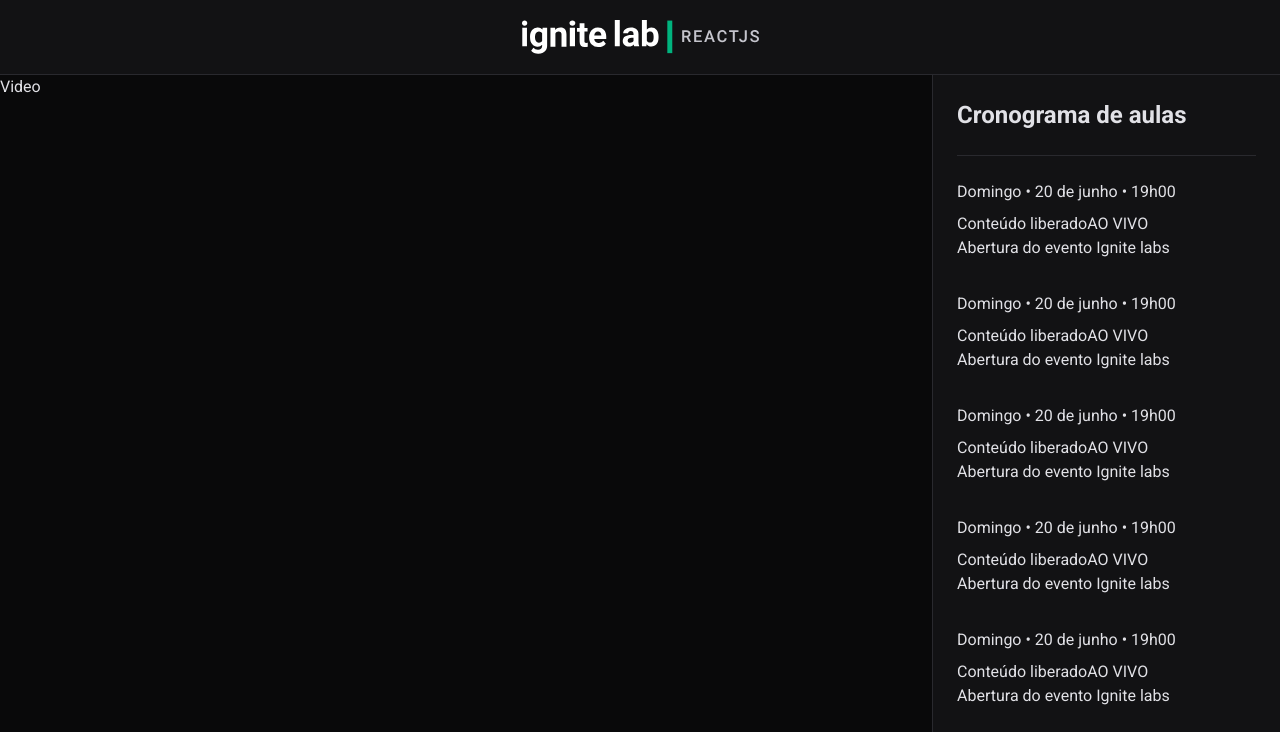
Repository: XFERRER7/Ignite-lab
Page: /
An editor plug-in stored every save of this project. The page is shown before and after the next save, followed by the edit.
The browser window is 1280 px wide. The pictures show the whole page.
The project was rebuilt for these pictures with package versions that can differ from the ones it lists, and the page was loaded fresh each time. Also part of the build but not shown: vite.config.ts.

Above is the page before, as saved 2022-06-23 07:19:19.

### index.html
<!DOCTYPE html>
<html>
  <head>
    <meta charset="UTF-8" />
    <link rel="icon" type="image/svg+xml" href="/src/favicon.svg" />
    <meta name="viewport" content="width=device-width, initial-scale=1.0" />
    <title>Event Platform</title>
    <link rel="preconnect" href="https://fonts.googleapis.com">
<link rel="preconnect" href="https://fonts.gstatic.com" crossorigin>
<link href="https://fonts.googleapis.com/css2?family=Roboto:wght@400;500;700&display=swap" rel="stylesheet">
  </head>
  <body>
    <div id="root"></div>
    <script type="module" src="/src/main.tsx"></script>
  </body>
</html>

### src/main.tsx
import { ApolloProvider } from '@apollo/client'
import React from 'react'
import ReactDOM from 'react-dom/client'
import App from './App'
import { client } from './lib/apollo'
import './styles/Global.css'

ReactDOM.createRoot(document.getElementById('root')!).render(
  <React.StrictMode>
    <ApolloProvider client={client}>
    <App />
    </ApolloProvider>
  </React.StrictMode>
)

### src/App.tsx
import { Header } from "./components/Header"
import { Lesson } from "./components/Lesson"
import { SideBar } from "./components/SideBar"
import { Video } from "./components/Video"
import { Event } from "./pages/Event"

function App() {

  return (
    <div>
      <Event/>
    </div>
  )
}

export default App

### src/lib/apollo.ts
import { ApolloClient, InMemoryCache } from "@apollo/client";

export const client = new ApolloClient({
  uri: 'https://api-sa-east-1.graphcms.com/v2/cl4oe0npq21lo01xi4o5e7kb5/master',
  cache: new InMemoryCache()
})

### src/styles/Global.css
@tailwind base;
@tailwind components;
@tailwind utilities;

body {
  @apply text-gray-100 bg-gray-900;
  -webkit-font-smoothing: antialiased;
}

### src/pages/Event.tsx
import React from 'react'
import { Header } from '../components/Header'
import { SideBar } from '../components/SideBar'
import { Video } from '../components/Video'

export const Event = () => {
  return (
    <>
    <div className='flex flex-col min-h-screen'>
      <Header/>
      <main className='flex flex-1'>
      <Video/>
      <SideBar/>
      </main>
    </div>

    </>
  )
}

### src/components/Header.tsx
import React from 'react'
import { Logo } from './Logo'

export const Header = () => {
  return (
    <header className='w-full py-5 flex items-center justify-center bg-gray-700 border-b border-gray-600'>
      <Logo/>
    </header>
  )
}

### src/components/SideBar.tsx
import React from 'react'
import { Lesson } from './Lesson'

export const SideBar = () => {
  return (
    <aside className='w-[348px] bg-gray-700 p-6 border-l border-gray-600'>
      <span className='font-bold text-2xl pb-6 mb-6 border-b border-gray-600 block'>Cronograma de aulas</span>

      <div className='flex flex-col gap-8'>
        <Lesson/>
        <Lesson/>
        <Lesson/>
        <Lesson/>
        <Lesson/>
      </div>
    </aside>
  )
}

### src/components/Video.tsx
import React from 'react'

export const Video = () => {
  return (
    <div className='flex-1'>Video</div>
  )
}

### src/components/Logo.tsx
import React from "react";

export function Logo() {
  return (
    <svg
      xmlns="http://www.w3.org/2000/svg"
      width="237"
      height="34"
      fill="none"
      viewBox="0 0 237 34"
    >
      <path
        fill="#fff"
        d="M.002 3.112a2.49 2.49 0 01.165-.987c.12-.314.304-.595.535-.83A2.906 2.906 0 012.615.572c.698 0 1.374.257 1.912.723.23.24.412.524.536.837a2.701 2.701 0 010 1.979 2.568 2.568 0 01-.536.837 2.889 2.889 0 01-1.907.723 2.901 2.901 0 01-1.908-.723 2.458 2.458 0 01-.538-.84 2.645 2.645 0 01-.172-.996zm4.96 23.146H.273V7.862h4.689v18.397zM8.012 16.973c0-2.853.686-5.145 2.055-6.883a6.653 6.653 0 015.528-2.606 5.869 5.869 0 014.802 2.09l.2-1.751h4.538v17.95a7.891 7.891 0 01-1.12 4.246 7.243 7.243 0 01-3.147 2.752 11.155 11.155 0 01-4.742.94c-1.378 0-2.74-.279-4.008-.812a7.08 7.08 0 01-2.946-2.11l2.208-3.02a5.905 5.905 0 004.543 2.08 4.356 4.356 0 003.104-1.059 3.938 3.938 0 001.103-2.993v-.994a5.775 5.775 0 01-4.555 1.935 6.647 6.647 0 01-3.05-.652 6.615 6.615 0 01-2.408-1.967c-1.397-1.752-2.085-4.089-2.085-6.942v-.21h-.025l.005.006zm4.997.355a6.723 6.723 0 001.026 3.956 3.233 3.233 0 002.799 1.443c.651.045 1.3-.088 1.878-.39a3.52 3.52 0 001.396-1.305v-7.825a3.448 3.448 0 00-1.374-1.305 3.504 3.504 0 00-1.86-.39 3.28 3.28 0 00-1.61.365 3.22 3.22 0 00-1.219 1.103c-.688.975-1.036 2.418-1.036 4.348zM33.098 7.833l.158 2.196a6.527 6.527 0 012.371-1.927 6.38 6.38 0 012.971-.62c1.97 0 3.438.597 4.39 1.79.953 1.194 1.456 2.936 1.486 5.293v12.249h-4.962V14.683a3.367 3.367 0 00-.684-2.344 3.086 3.086 0 00-1.069-.598 3.008 3.008 0 00-1.211-.13 3.349 3.349 0 00-1.821.454c-.553.32-1.01.794-1.313 1.367v13.37H28.45V7.845l4.647-.012zM47.512 3.112a2.304 2.304 0 01.185-.988 2.42 2.42 0 01.59-.831A3.439 3.439 0 0150.404.57c.772 0 1.52.256 2.117.723.508.486.792 1.142.792 1.826 0 .683-.284 1.34-.792 1.826a3.417 3.417 0 01-2.11.723c-.77 0-1.517-.257-2.11-.723a2.47 2.47 0 01-.594-.839 2.342 2.342 0 01-.19-.994h-.005zm5.483 23.149h-5.18V7.86h5.18v18.4zM62.454 3.334v4.612h3.107v3.677h-3.107v9.382c-.05.53.091 1.063.395 1.495a1.824 1.824 0 001.473.45c.476.002.95-.035 1.421-.114v3.803a9.672 9.672 0 01-2.939.449c-3.398 0-5.128-1.775-5.19-5.32V11.644h-2.642V7.968h2.643V3.356h4.841v-.025l-.002.003zM76.487 27.08a9.277 9.277 0 01-6.759-2.55c-1.74-1.699-2.605-3.957-2.605-6.797v-.494a11.295 11.295 0 011.098-5.08 8.141 8.141 0 013.111-3.465 8.72 8.72 0 014.59-1.22c2.577 0 4.62.815 6.098 2.449 1.478 1.633 2.226 3.94 2.226 6.929v2.055h-12.01a4.665 4.665 0 001.473 2.971 4.487 4.487 0 003.111 1.111 5.426 5.426 0 004.548-2.115l2.476 2.781a7.506 7.506 0 01-3.07 2.507 9.81 9.81 0 01-4.287.916v.002zm-.594-15.514a3.127 3.127 0 00-2.428 1.012 5.405 5.405 0 00-1.188 2.912h7.006v-.405a3.749 3.749 0 00-.908-2.608 3.252 3.252 0 00-2.45-.908h-.03l-.002-.003zM97.771 26.259h-4.957V0h4.957V26.26zM112.209 26.259c-.227-.444-.392-.997-.496-1.659-1.196 1.333-2.751 2.002-4.666 2.002-1.811 0-3.314-.523-4.504-1.572-1.191-1.049-1.786-2.372-1.786-3.966 0-1.96.725-3.464 2.179-4.513 1.453-1.049 3.553-1.58 6.3-1.59h2.273v-1.06c0-.854-.22-1.54-.659-2.051-.44-.513-1.131-.77-2.078-.77-.832 0-1.486.2-1.957.6-.474.4-.708.945-.708 1.64h-4.941c0-1.07.331-2.062.992-2.973.662-.91 1.597-1.626 2.804-2.144 1.206-.518 2.564-.778 4.069-.778 2.28 0 4.089.573 5.429 1.718 1.34 1.145 2.009 2.756 2.009 4.83v8.017c.012 1.754.256 3.082.735 3.983v.29h-4.992l-.003-.004zm-4.086-3.435c.728 0 1.402-.163 2.016-.486.614-.326 1.071-.76 1.367-1.308v-3.181h-1.846c-2.472 0-3.79.854-3.948 2.564l-.017.291c0 .614.217 1.123.649 1.523.434.4 1.026.6 1.779.6v-.003zM136.58 17.183c0 2.963-.632 5.273-1.898 6.931-1.265 1.659-3.032 2.488-5.3 2.488-2.006 0-3.608-.77-4.805-2.308l-.222 1.967h-4.444V.001h4.94v9.418c1.14-1.332 2.638-2 4.496-2 2.256 0 4.025.828 5.308 2.487 1.283 1.658 1.923 3.992 1.923 7v.274l.002.003zm-4.94-.358c0-1.868-.296-3.233-.889-4.094-.592-.861-1.475-1.29-2.65-1.29-1.572 0-2.655.643-3.247 1.932v7.299c.604 1.298 1.697 1.95 3.282 1.95 1.584 0 2.643-.788 3.146-2.36.239-.752.358-1.897.358-3.437z"
      ></path>
      <path
        fill="#C4C4CC"
        d="M164.51 17.501h-2.283v4.53h-2.048v-11.78h4.143c1.36 0 2.408.306 3.149.915.74.61 1.108 1.493 1.108 2.648 0 .787-.19 1.449-.57 1.98-.38.532-.911.94-1.59 1.226l2.646 4.906v.106h-2.194l-2.364-4.531h.003zm-2.283-1.65h2.105c.691 0 1.229-.176 1.619-.524.39-.348.582-.824.582-1.429 0-.604-.18-1.12-.538-1.466-.358-.345-.893-.523-1.606-.533h-2.162V15.85zM179.066 16.773h-4.839v3.625h5.656v1.634h-7.704V10.25h7.648v1.65h-5.6v3.253h4.839v1.62zM189.803 19.29h-4.565l-.955 2.744h-2.127l4.452-11.783h1.836l4.459 11.783h-2.137l-.963-2.744zm-3.99-1.65h3.415l-1.707-4.89-1.708 4.89zM204.716 18.197c-.119 1.256-.583 2.238-1.392 2.941-.81.703-1.885 1.056-3.228 1.056-.938 0-1.764-.222-2.48-.668-.715-.445-1.266-1.079-1.656-1.898-.387-.82-.589-1.772-.607-2.858v-1.1c0-1.11.198-2.09.59-2.937.392-.846.96-1.5 1.695-1.96.736-.458 1.587-.688 2.554-.688 1.301 0 2.347.353 3.139 1.057.792.703 1.254 1.7 1.385 2.99h-2.039c-.096-.846-.343-1.458-.74-1.833-.397-.375-.977-.563-1.745-.563-.89 0-1.574.326-2.05.977-.479.652-.721 1.605-.733 2.863v1.044c0 1.273.227 2.245.683 2.917.457.668 1.123 1.004 2.004 1.004.805 0 1.409-.18 1.814-.543.405-.363.661-.962.77-1.804h2.038l-.002.003zM216.481 11.902h-3.674v10.132h-2.031V11.902h-3.642V10.25h9.347v1.65zM222.759 10.251h2.039v8.262c0 1.127-.353 2.023-1.057 2.687-.703.664-1.633.995-2.788.995-1.229 0-2.179-.311-2.848-.93-.669-.62-1.004-1.484-1.004-2.59h2.038c0 .627.156 1.096.467 1.412.31.316.76.474 1.347.474.55 0 .989-.183 1.315-.545.326-.366.489-.867.489-1.51V10.25h.002zM234.952 18.999c0-.518-.183-.918-.545-1.197-.363-.279-1.022-.563-1.972-.849-.95-.286-1.705-.604-2.265-.955-1.074-.674-1.612-1.555-1.612-2.638 0-.95.388-1.732 1.163-2.347.774-.614 1.779-.922 3.015-.922.819 0 1.55.15 2.194.454a3.597 3.597 0 011.513 1.29c.367.558.55 1.177.55 1.858h-2.038c0-.614-.193-1.095-.578-1.443-.385-.348-.938-.524-1.656-.524-.668 0-1.189.144-1.557.43-.37.286-.555.686-.555 1.197 0 .432.2.792.6 1.08.399.29 1.056.57 1.974.842.918.271 1.653.582 2.208.93.556.348.963.748 1.222 1.197.259.452.387.977.387 1.582 0 .982-.375 1.762-1.127 2.342-.753.58-1.775.87-3.063.87a5.755 5.755 0 01-2.352-.473c-.715-.316-1.27-.75-1.668-1.308-.397-.555-.594-1.204-.594-1.942h2.048c0 .669.222 1.187.664 1.555.441.367 1.075.55 1.902.55.713 0 1.246-.143 1.607-.432.357-.288.538-.671.538-1.145l-.003-.002z"
      ></path>
      <path fill="#00B37E" d="M150.271 33.146h-4.958V.57h4.958v32.576z"></path>
    </svg>
  );
}

### src/components/Lesson.tsx
import React from 'react'

export const Lesson = () => {
  return (
    <a href='#' className='flex flex-col gap-2'>

      <span className=''>
        Domingo • 20 de junho • 19h00
      </span>

      <div>
        <header>
          <span>
            Conteúdo liberado
          </span>

          <span>
            AO VIVO
          </span>

        </header>

        <span>
          Abertura do evento Ignite labs
        </span>

      </div>
    </a>
  )
}

### tailwind.config.js
/** @type {import('tailwindcss').Config} */
module.exports = {
  content: [
    './src/**/*.tsx'
  ],
  theme: {
    extend: {
      fontFamily: {
        sans: 'Roboto, sans-serif'
      },
      colors: {
        green: {
          300: '#00B37E',
          500: '#00875F',
          700: '#015F43',
        },
        blue: {
          500: '#81D8F7',
        },
        orange: {
          500: '#FBA94C',
        },
        red: {
          500: '#F75A68',
        },
        gray: {
          100: '#E1E1E6',
          200: '#C4C4CC',
          300: '#8D8D99',
          500: '#323238',
          600: '#29292E',
          700: '#121214',
          900: '#09090A'
        }
      }
    },
  },
  plugins: [],
}

After the next save:
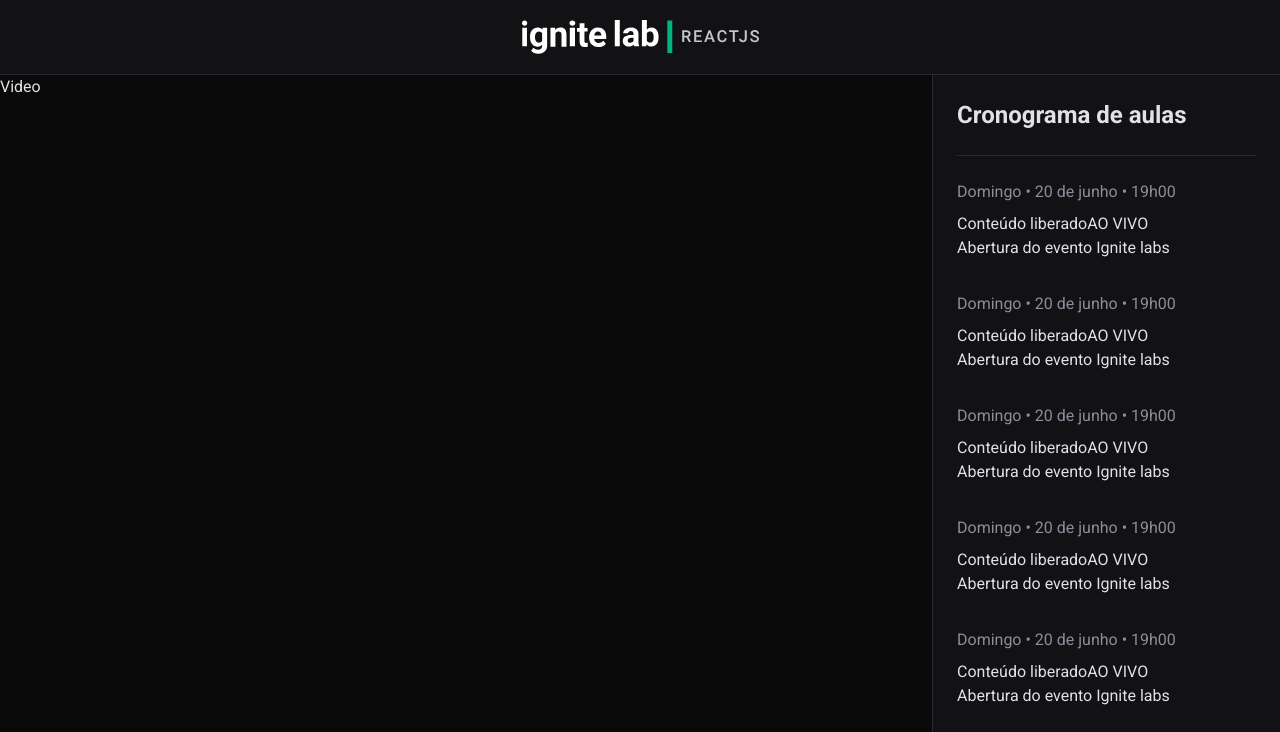
Saved 11 s later.
--- a/src/components/Lesson.tsx
+++ b/src/components/Lesson.tsx
@@ -4,7 +4,7 @@
   return (
     <a href='#' className='flex flex-col gap-2'>
 
-      <span className=''>
+      <span className='text-gray-300'>
         Domingo • 20 de junho • 19h00
       </span>
 
